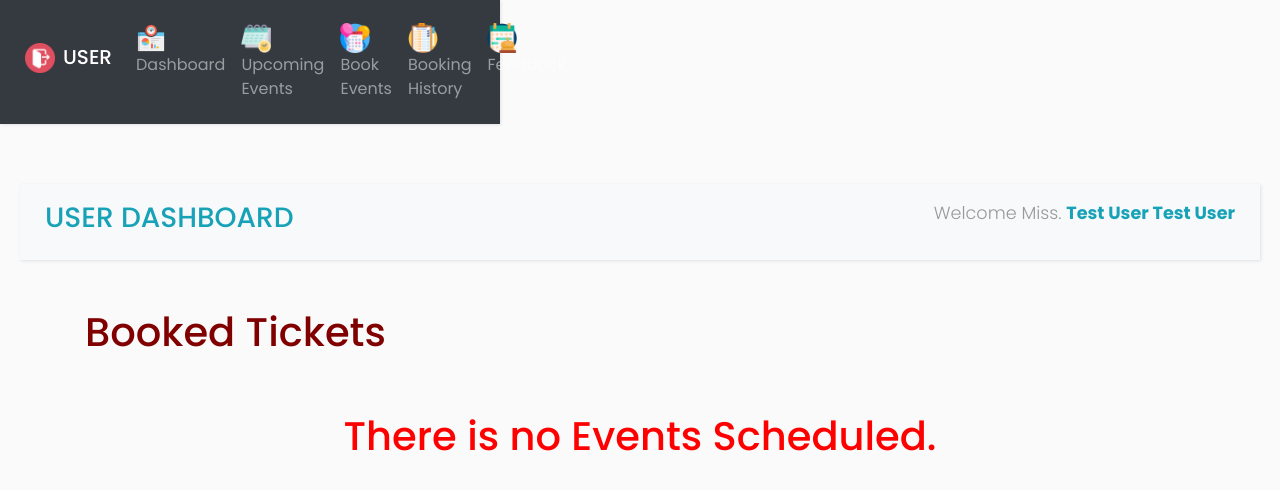
Repository: kalaprabhakar/Event_Management
Page: http://localhost/Event_Management_System/WEB-INF/pages/booked_ticket.jsp
These files come from the project's save history. The page is drawn as it stood at one moment and after the next save; the edit follows.
The browser window is 1280 px wide. The pictures show the whole page.
An inner scrolling area shows only its first screen. Some web libraries are served in a nearby version. The page is served by Tomcat 10. The session is filled in as if someone had signed in: {"Admin_firstname": "Test User", "Admin_lastname": "Test User", "Admin_email": "test@example.com", "Admin_phone": 1, "Admin_address": 1, "Admin_gender": 1, "Admin_id": 1, "Admin_role": "admin", "totalEvents": 1, "User_firstname": "Test User", "User_lastname": "Test User", "User_email": "test@example.com", "User_phone": 1, "User_address": 1, "User_gender": 1, "User_id": 1, "User_role": "admin"}. The template is opened directly, without the code that normally fills it, so the values that code supplies are empty.

Above is the page before, as saved 2024-05-12 13:48:08.

After the next save:
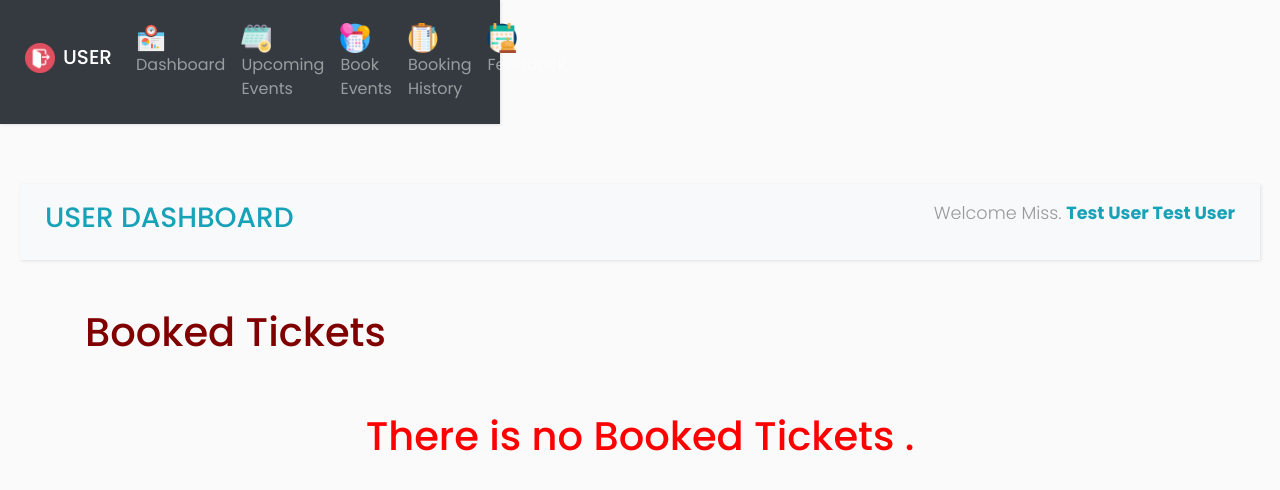
Saved 23 s later.
--- a/Hyscaler/Event_Management_System/src/main/webapp/WEB-INF/pages/booked_ticket.jsp
+++ b/Hyscaler/Event_Management_System/src/main/webapp/WEB-INF/pages/booked_ticket.jsp
@@ -19,7 +19,7 @@ if (session.getAttribute("User_email") == null) {
 
 
 
-<!-- Page Content  -->
+
 <div id="content">
 
 	<nav class="navbar navbar-expand-lg navbar-light bg-light">
@@ -61,9 +61,9 @@ if (session.getAttribute("User_email") == null) {
 			<div class="row align-items-center my-5">
 			<h1 style="text-align: center;  color: maroon;">Booked Tickets</h1>
 			</div>
-				<!-- For Demo Purpose -->
+
 				<div class="col-md-12 col-lg-6 col-sm-12 mb-5">
-					<!-- <img src="assets/picture/icons/thumbs-up.png" alt="" class="img-fluid mb-3 d-none d-md-block"> -->
+
 
 
 
@@ -113,8 +113,8 @@ if (session.getAttribute("User_email") == null) {
 
 					<c:otherwise>
 
-						<h1 style="color: red; text-align: center">There is no Events
-							Scheduled.</h1>
+						<h1 style="color: red; text-align: center">There is no Booked Tickets
+							.</h1>
 
 					</c:otherwise>
 
@@ -122,7 +122,7 @@ if (session.getAttribute("User_email") == null) {
 
 				</c:choose>
 
-				<!-- Table Content -->
+
 
 
 
